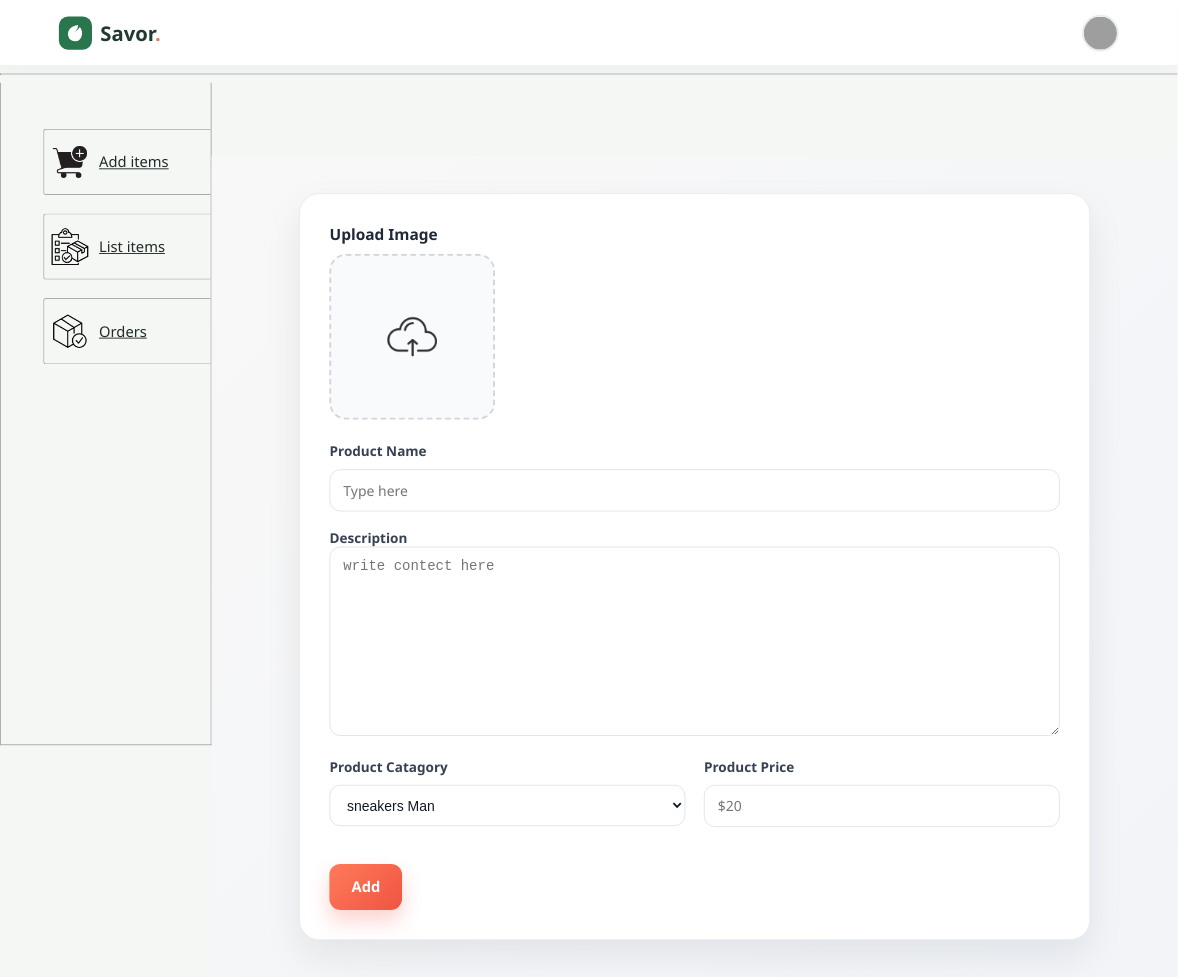
Repository: prince44991/Ecommerce-Project-Full-Stack
Page: /Additem (app in admin/my-react-app/)
An editor plug-in stored every save of this project. The page is shown before and after the next save, followed by the edit.
The browser window is 1280 px wide. The pictures show the whole page, at 92% of full size.
Pictures or frames that could not be fetched are drawn as grey boxes. The project was rebuilt for these pictures with package versions that can differ from the ones it lists, and the page was loaded fresh each time. Also part of the build but not shown: admin/my-react-app/vite.config.js, admin/my-react-app/src/pages/Order/Order.jsx, admin/my-react-app/src/pages/List/List.jsx.

Above is the page before, as saved 2026-09-29 21:20:14.

After the next save:
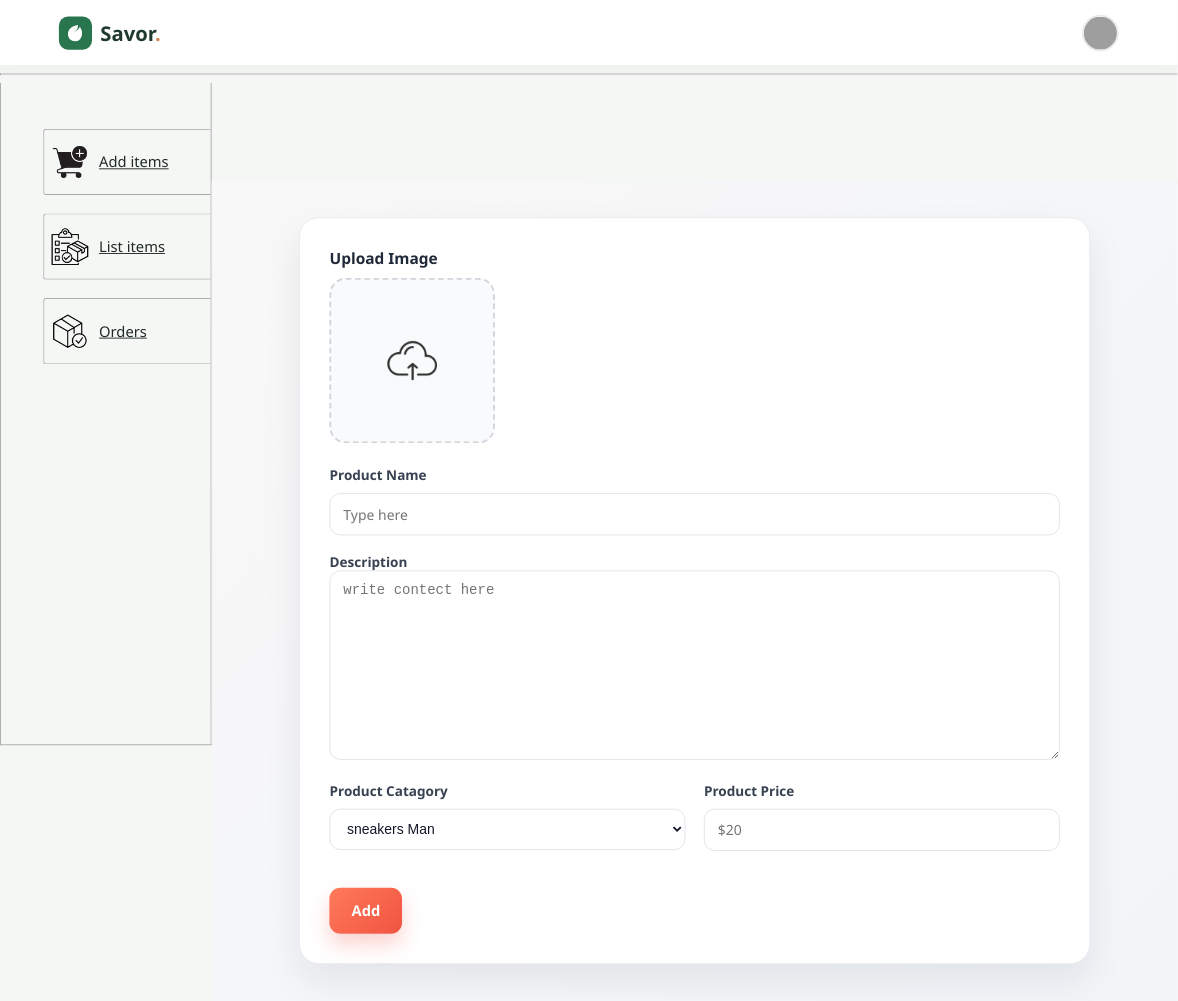
Saved 7 s later.
--- a/admin/my-react-app/src/pages/Add/Add.css
+++ b/admin/my-react-app/src/pages/Add/Add.css
@@ -5,7 +5,7 @@
   padding: 40px 20px;
   background: linear-gradient(135deg, #f8f8f8 0%, #f2f4f8 100%);
   min-height: calc(100vh - 80px);
-  margin-top:-50vw;
+  margin-top:-48vw;
   margin-left: 18vw;
 }
 
